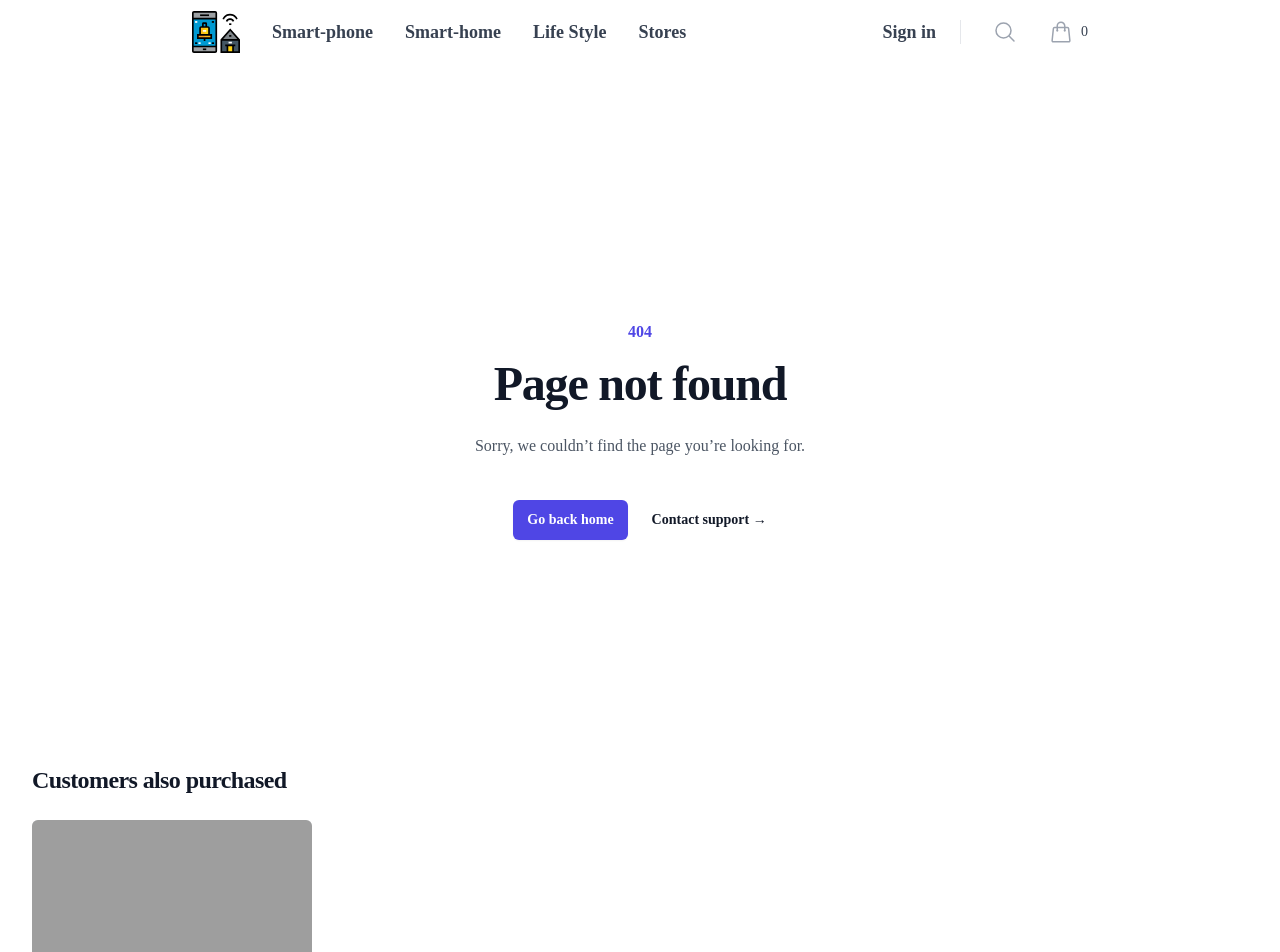
Repository: Gunplay/Smart-Home
Page: /
These files come from the project's save history. The page is drawn as it stood at one moment and after a run of saves; the edit follows.
The browser window is 1280 px wide. The pictures show the part of the page from y = 0 to 952 px (the page is 1912 px tall before and 1952 px after).
Pictures or frames that could not be fetched are drawn as grey boxes. The project was rebuilt for these pictures with package versions that can differ from the ones it lists, and the page was loaded fresh each time. Also part of the build but not shown: vite.config.js, vite.config.ts.

Above is the page before, as saved 2024-06-21 13:35:27.

### index.html
<!doctype html>
<html lang="en">

<head>
  <meta charset="UTF-8" />
  <link rel="icon" type="image/svg+xml" href="./src/assets/smart-home-svgrepo-com.svg" />
  <meta name="viewport" content="width=device-width, initial-scale=1.0" />
  <title>Smart-Home</title>
  <link real='stylesheet' href='src/style.css'>
</head>

<body>
  <div id="root"></div>

  <script type="module" src="/src/main.tsx"></script>
</body>

</html>

### src/main.tsx
import React from 'react';
import ReactDOM from 'react-dom/client';
import { BrowserRouter as Router } from 'react-router-dom';
import App from './App.tsx';
import './css/style.css';

ReactDOM.createRoot(document.getElementById('root')!).render(
	<React.StrictMode>
		<Router>
			<App />
		</Router>
	</React.StrictMode>
);

### src/App.tsx
// import { useState } from 'react';

// import reactLogo from './assets/react.svg';
// import viteLogo from '/vite.svg';
import AboutUs from './components/AboutUs';
import Carousel from './components/Carousel';
import Header from './components/Header';
import PageNotFound from './components/Page404';
import ProductsList from './components/ProductsList';

function App() {
	return (
		<>
			<div className='mr-[3.75rem] pt-[4.75rem] lg:pt-[5.25rem] overflow-hidden'>
				<Header />
				<Carousel />
			</div>
			<PageNotFound />

			<ProductsList />
			<AboutUs />
		</>
	);
}

export default App;

### src/components/AboutUs/index.tsx
const links = [
	{ name: 'Open roles', href: '#' },
	{ name: 'Internship program', href: '#' },
	{ name: 'Our values', href: '#' },
	{ name: 'Meet our leadership', href: '#' },
];
const stats = [
	{ name: 'Offices worldwide', value: '12' },
	{ name: 'Full-time colleagues', value: '300+' },
	{ name: 'Hours per week', value: '40' },
	{ name: 'Paid time off', value: 'Unlimited' },
];

export default function AboutUs() {
	return (
		<div className='relative isolate overflow-hidden bg-gray-900 py-24 sm:py-32'>
			<img
				src='https://images.unsplash.com/photo-1521737604893-d14cc237f11d?ixlib=rb-4.0.3&ixid=MnwxMjA3fDB8MHxwaG90by1wYWdlfHx8fGVufDB8fHx8&auto=format&fit=crop&crop=focalpoint&fp-y=.8&w=2830&h=1500&q=80&blend=111827&sat=-100&exp=15&blend-mode=multiply'
				alt=''
				className='absolute inset-0 -z-10 h-full w-full object-cover object-right md:object-center'
			/>
			<div
				className='hidden sm:absolute sm:-top-10 sm:right-1/2 sm:-z-10 sm:mr-10 sm:block sm:transform-gpu sm:blur-3xl'
				aria-hidden='true'
			>
				<div
					className='aspect-[1097/845] w-[68.5625rem] bg-gradient-to-tr from-[#ff4694] to-[#776fff] opacity-20'
					style={{
						clipPath:
							'polygon(74.1% 44.1%, 100% 61.6%, 97.5% 26.9%, 85.5% 0.1%, 80.7% 2%, 72.5% 32.5%, 60.2% 62.4%, 52.4% 68.1%, 47.5% 58.3%, 45.2% 34.5%, 27.5% 76.7%, 0.1% 64.9%, 17.9% 100%, 27.6% 76.8%, 76.1% 97.7%, 74.1% 44.1%)',
					}}
				/>
			</div>
			<div
				className='absolute -top-52 left-1/2 -z-10 -translate-x-1/2 transform-gpu blur-3xl sm:top-[-28rem] sm:ml-16 sm:translate-x-0 sm:transform-gpu'
				aria-hidden='true'
			>
				<div
					className='aspect-[1097/845] w-[68.5625rem] bg-gradient-to-tr from-[#ff4694] to-[#776fff] opacity-20'
					style={{
						clipPath:
							'polygon(74.1% 44.1%, 100% 61.6%, 97.5% 26.9%, 85.5% 0.1%, 80.7% 2%, 72.5% 32.5%, 60.2% 62.4%, 52.4% 68.1%, 47.5% 58.3%, 45.2% 34.5%, 27.5% 76.7%, 0.1% 64.9%, 17.9% 100%, 27.6% 76.8%, 76.1% 97.7%, 74.1% 44.1%)',
					}}
				/>
			</div>
			<div className='mx-auto max-w-7xl px-6 lg:px-8'>
				<div className='mx-auto max-w-2xl lg:mx-0'>
					<h2 className='text-4xl font-bold tracking-tight text-white sm:text-6xl'>
						Work with us
					</h2>
					<p className='mt-6 text-lg leading-8 text-gray-300'>
						Anim aute id magna aliqua ad ad non deserunt sunt. Qui irure qui
						lorem cupidatat commodo. Elit sunt amet fugiat veniam occaecat
						fugiat aliqua.
					</p>
				</div>
				<div className='mx-auto mt-10 max-w-2xl lg:mx-0 lg:max-w-none'>
					<div className='grid grid-cols-1 gap-x-8 gap-y-6 text-base font-semibold leading-7 text-white sm:grid-cols-2 md:flex lg:gap-x-10'>
						{links.map(link => (
							<a key={link.name} href={link.href}>
								{link.name} <span aria-hidden='true'>&rarr;</span>
							</a>
						))}
					</div>
					<dl className='mt-16 grid grid-cols-1 gap-8 sm:mt-20 sm:grid-cols-2 lg:grid-cols-4'>
						{stats.map(stat => (
							<div key={stat.name} className='flex flex-col-reverse'>
								<dt className='text-base leading-7 text-gray-300'>
									{stat.name}
								</dt>
								<dd className='text-2xl font-bold leading-9 tracking-tight text-white'>
									{stat.value}
								</dd>
							</div>
						))}
					</dl>
				</div>
			</div>
		</div>
	);
}

### src/components/Carousel/index.tsx
import { useState } from 'react';
import { BsChevronCompactLeft, BsChevronCompactRight } from 'react-icons/bs';
import slideOne from '/src/assets/slider-1.jpg';
import slideTwo from '/src/assets/slider-2.jpg';
import slideThree from '/src/assets/slider-3.jpg';
const slides = [
	{
		url: slideOne,
	},
	{
		url: slideTwo,
	},
	{
		url: slideThree,
	},
];
const Carousel = () => {
	const [currentIndex, setCurrentIndex] = useState(0);

	const prevSlide = () => {
		const isFirstSlide = currentIndex === 0;
		const newIndex = isFirstSlide ? slides.length - 1 : currentIndex - 1;
		setCurrentIndex(newIndex);
	};

	const nextSlide = () => {
		const isLastSlide = currentIndex === slides.length - 1;
		const newIndex = isLastSlide ? 0 : currentIndex + 1;
		setCurrentIndex(newIndex);
	};

	return (
		<div className='max-w-[1600px] h-[780px] w-full m-auto py-16 relative group'>
			<div
				style={{ backgroundImage: `url(${slides[currentIndex].url})` }}
				className='w-full h-full bg-center bg-cover duration-500'
			></div>
			<div className='hidden group-hover:block absolute top-[50%] -translate-x-0 translate-y-[-50%] left-5 text-2xl rounded-full p-2 bg-black/20 text-white cursor-pointer'>
				<BsChevronCompactLeft size={30} onClick={prevSlide} />
			</div>
			<div className='hidden group-hover:block absolute top-[50%] translate-y-[-50%] right-5 text-2xl rounded-full p-2 bg-black/20 text-white cursor-pointer'>
				<BsChevronCompactRight size={30} onClick={nextSlide} />
			</div>
		</div>
	);
};

export default Carousel;

### src/components/Page404/index.tsx
export default function PageNotFound() {
	return (
		<>
			{/*
        This example requires updating your template:

        ```
        <html class="h-full">
        <body class="h-full">
        ```
      */}
			<main className='grid min-h-full place-items-center bg-white px-6 py-24 sm:py-32 lg:px-8'>
				<div className='text-center'>
					<p className='text-base font-semibold text-indigo-600'>404</p>
					<h1 className='mt-4 text-3xl font-bold tracking-tight text-gray-900 sm:text-5xl'>
						Page not found
					</h1>
					<p className='mt-6 text-base leading-7 text-gray-600'>
						Sorry, we couldn’t find the page you’re looking for.
					</p>
					<div className='mt-10 flex items-center justify-center gap-x-6'>
						<a
							href='#'
							className='rounded-md bg-indigo-600 px-3.5 py-2.5 text-sm font-semibold text-white shadow-sm hover:bg-indigo-500 focus-visible:outline focus-visible:outline-2 focus-visible:outline-offset-2 focus-visible:outline-indigo-600'
						>
							Go back home
						</a>
						<a href='#' className='text-sm font-semibold text-gray-900'>
							Contact support <span aria-hidden='true'>&rarr;</span>
						</a>
					</div>
				</div>
			</main>
		</>
	);
}

### src/components/ProductsList/index.tsx
/*
  This example requires some changes to your config:

  ```
  // tailwind.config.js
  module.exports = {
    // ...
    plugins: [
      // ...
      require('@tailwindcss/aspect-ratio'),
    ],
  }
  ```
*/
const products = [
	{
		id: 1,
		name: 'Basic Tee',
		href: '#',
		imageSrc:
			'https://tailwindui.com/img/ecommerce-images/product-page-01-related-product-01.jpg',
		imageAlt: "Front of men's Basic Tee in black.",
		price: '$35',
		color: 'Black',
	},
	// More products...
];

export default function ProductsList() {
	return (
		<div className='bg-white'>
			<div className='mx-auto max-w-2xl px-4 py-16 sm:px-6 sm:py-24 lg:max-w-7xl lg:px-8'>
				<h2 className='text-2xl font-bold tracking-tight text-gray-900'>
					Customers also purchased
				</h2>

				<div className='mt-6 grid grid-cols-1 gap-x-6 gap-y-10 sm:grid-cols-2 lg:grid-cols-4 xl:gap-x-8'>
					{products.map(product => (
						<div key={product.id} className='group relative'>
							<div className='aspect-h-1 aspect-w-1 w-full overflow-hidden rounded-md bg-gray-200 lg:aspect-none group-hover:opacity-75 lg:h-80'>
								<img
									src={product.imageSrc}
									alt={product.imageAlt}
									className='h-full w-full object-cover object-center lg:h-full lg:w-full'
								/>
							</div>
							<div className='mt-4 flex justify-between'>
								<div>
									<h3 className='text-sm text-gray-700'>
										<a href={product.href}>
											<span aria-hidden='true' className='absolute inset-0' />
											{product.name}
										</a>
									</h3>
									<p className='mt-1 text-sm text-gray-500'>{product.color}</p>
								</div>
								<p className='text-sm font-medium text-gray-900'>
									{product.price}
								</p>
							</div>
						</div>
					))}
				</div>
			</div>
		</div>
	);
}

Loaded but not shown: src/css/style.css (1876 lines, source omitted); src/components/Header/index.tsx (539 lines, source omitted)

After the next 2 saves:
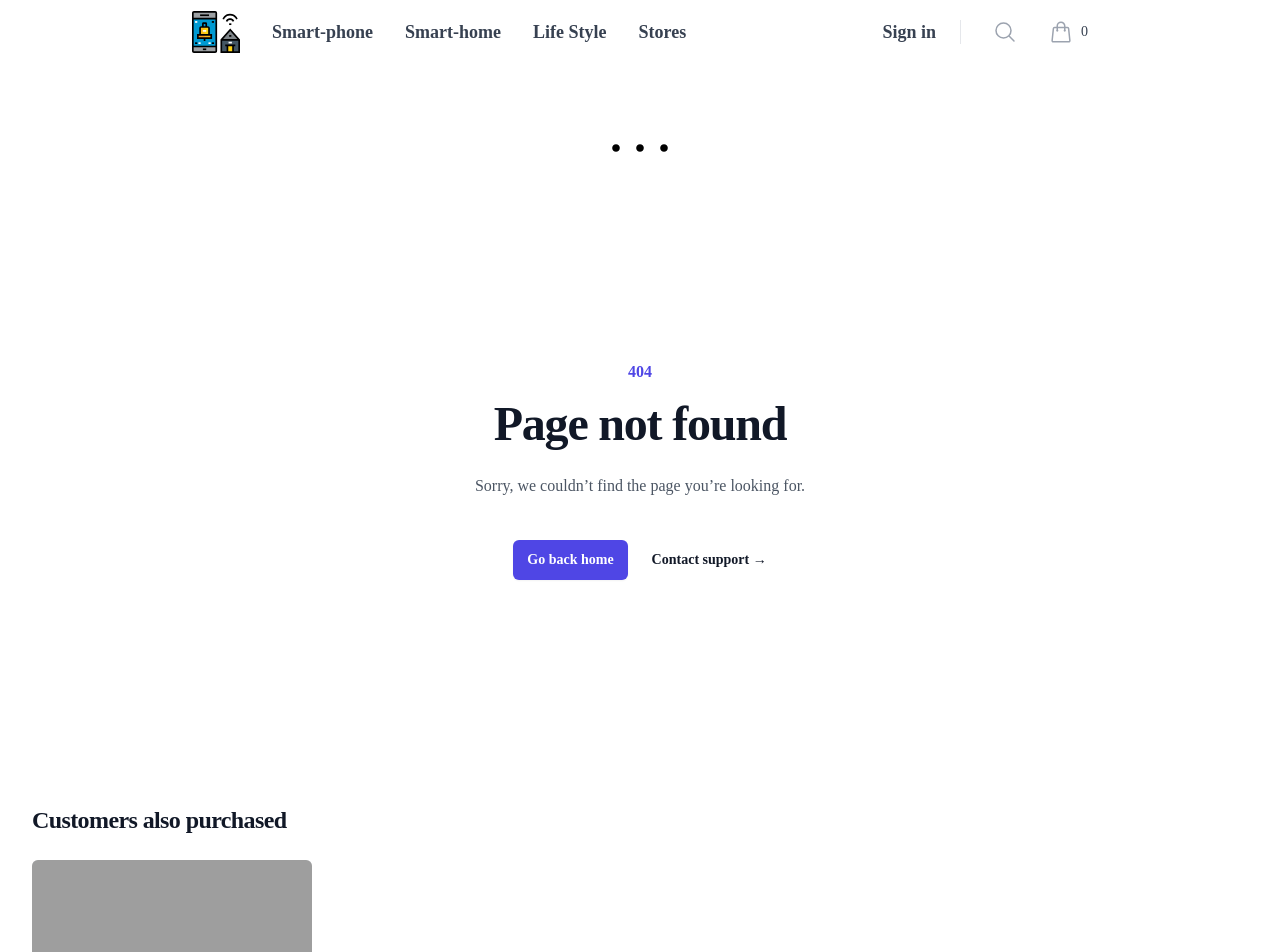
The 2 saves are shown as one change because 1 did not build or start.
The last was saved 3 days later.
--- a/src/components/Carousel/index.tsx
+++ b/src/components/Carousel/index.tsx
@@ -3,6 +3,7 @@
 import slideOne from '/src/assets/slider-1.jpg';
 import slideTwo from '/src/assets/slider-2.jpg';
 import slideThree from '/src/assets/slider-3.jpg';
+import { RxDotFilled } from 'react-icons/rx';
 const slides = [
 	{
 		url: slideOne,
@@ -41,6 +42,13 @@
 			<div className='hidden group-hover:block absolute top-[50%] translate-y-[-50%] right-5 text-2xl rounded-full p-2 bg-black/20 text-white cursor-pointer'>
 				<BsChevronCompactRight size={30} onClick={nextSlide} />
 			</div>
+			<div className='flex top-4 justify-center py-2'>
+				{slides.map((slide, slideIndex) => (
+					<div className='text-2xl cursor-pointer'>
+						<RxDotFilled />
+					</div>
+				))}
+			</div>
 		</div>
 	);
 };
